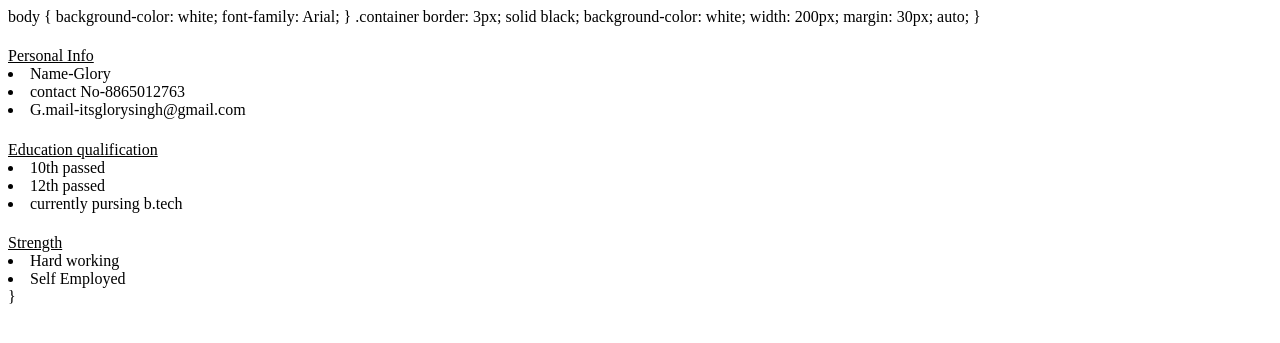
Repository: Glory998/ELCE1-32
Page: resume.html
The author's editor kept a copy of each file at every save. The page is drawn from the files as they stood at one save, then again after the next save.
The browser window is 1280 px wide. The pictures show the whole page.

Above is the page before, as saved 2025-11-28 12:10:14.

### resume.html
<!DOCTYPE>
<html>
    <head>
        <title>Resume</title>
        body {
            background-color: white;
            font-family: Arial;
        }
        .container
        border: 3px; solid black;
        background-color: white;
        width: 200px;
        margin: 30px; auto;
    }
</style>
</head>
<h1 style="color:blue"></h1><u></b>Personal Info</u></h1>
<li> Name-Glory</li>
<li> contact No-8865012763</li>
<li>G.mail-itsglorysingh@gmail.com</li>

<h1 style="color:orange"></h1><u>Education qualification</u></h1>
<li>10th passed</li>
<li>12th passed</li>
<li> currently pursing b.tech</li>

<h1 style="color:aqua"></h1><u>Strength</u></h1>
<li>Hard working</li>
<li> Self Employed</li>

        }
    </head>
</html>

After the next save:
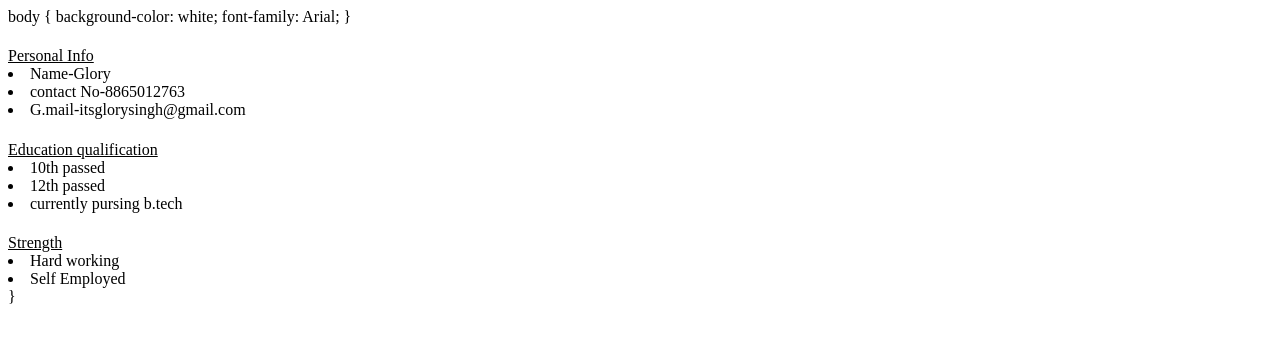
Saved 55 s later.
--- a/resume.html
+++ b/resume.html
@@ -5,12 +5,7 @@
         body {
             background-color: white;
             font-family: Arial;
-        }
-        .container
-        border: 3px; solid black;
-        background-color: white;
-        width: 200px;
-        margin: 30px; auto;
+
     }
 </style>
 </head>
